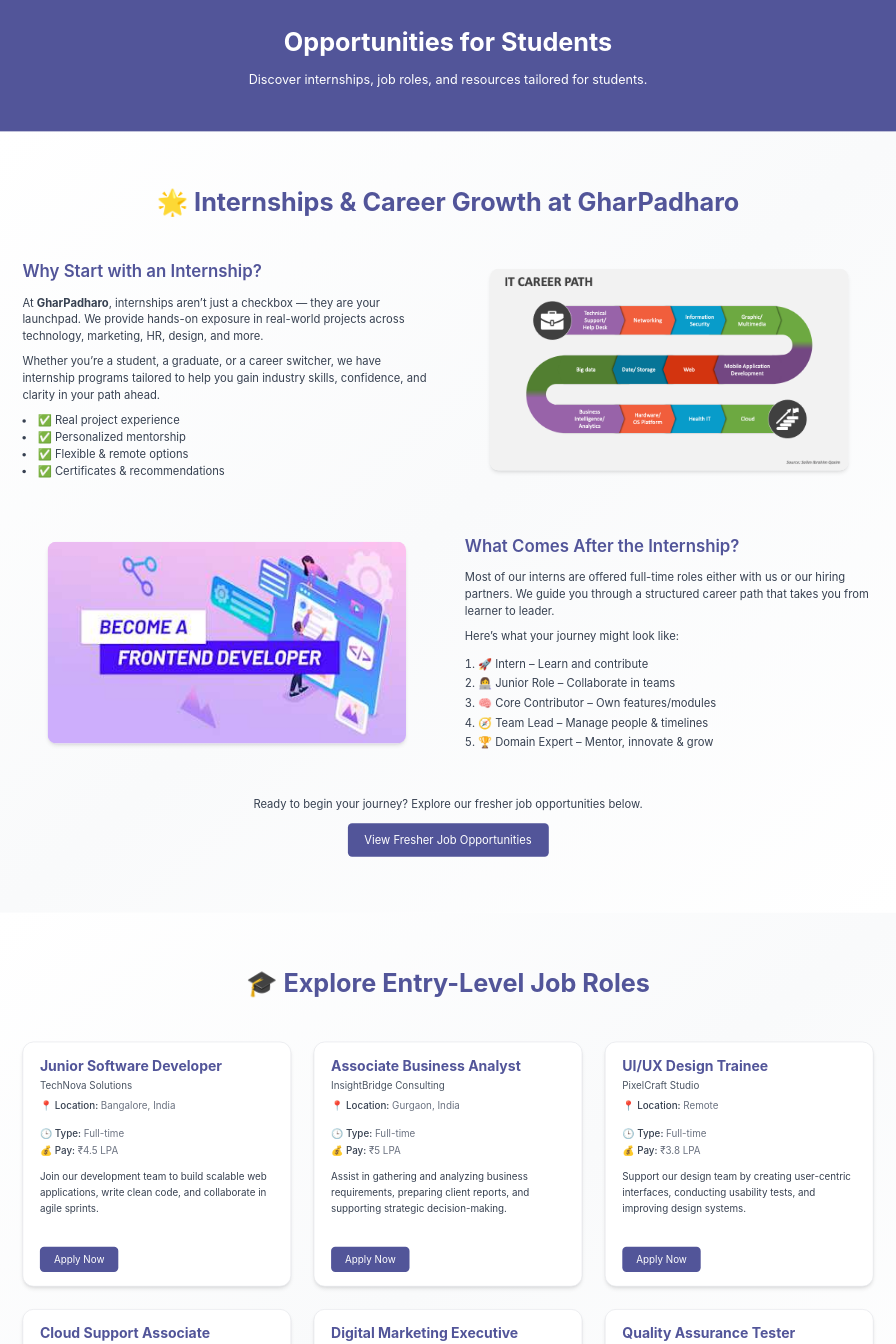
Repository: Siddharthkothiyal/GharPadhaaroCareerWebsite
Page: /#/students
The author's editor kept a copy of each file at every save. The page is drawn from the files as they stood at one save, then again after the next save.
The browser window is 1280 px wide. The pictures show the part of the page from y = 0 to 1920 px (the page is 6870 px tall before and 7099 px after), at 70% of full size.
The project was rebuilt for these pictures with package versions that can differ from the ones it lists, and the page was loaded fresh each time. Also part of the build but not shown: src/components/CareerPortal/JobListing/JobListings.css, src/components/CareerPortal/JobListing/JobListings.js, src/components/CareerPortal/Header.css, src/components/CareerPortal/ResumeUpload.css, src/components/CareerPortal/ResumeUpload.js, src/components/CareerPortal/Header.js, src/components/CareerPortal/JobListing/JobSearch.css, src/components/CareerPortal/JobListing/JobSearch.js and 10 more.

Above is the page before, as saved 2025-06-22 10:47:35.

### public/index.html
<!DOCTYPE html>
<html lang="en">

<head>
  <meta charset="utf-8" />
  <link rel="icon" href="%PUBLIC_URL%/favicon.ico" />
  <meta name="viewport" content="width=device-width, initial-scale=1" />
  <meta name="theme-color" content="#000000" />
  <meta name="description" content="GharPadharo - Find your perfect stay" />

  <!-- Font Awesome CDN (latest) -->
  <link rel="stylesheet" href="https://cdnjs.cloudflare.com/ajax/libs/font-awesome/6.5.2/css/all.min.css"
    integrity="sha512-SnH5WK+bZxgPHs44uWIX+LLJAJ9/2PkPKZ5QiAj6Ta86w+fsb2TkcmfRyVX3pBnMFcV7oQPJkl9QevSCWr3W6A=="
    crossorigin="anonymous" referrerpolicy="no-referrer" />

  <link rel="apple-touch-icon" href="%PUBLIC_URL%/logo192.png" />
  <title>GharPadharo</title>
</head>

<body>
  <noscript>You need to enable JavaScript to run this app.</noscript>
  <div id="root"></div>
  <!--
      This HTML file is a template.
      If you open it directly in the browser, you will see an empty page.

      You can add webfonts, meta tags, or analytics to this file.
      The build step will place the bundled scripts into the <body> tag.

      To begin the development, run `npm start` or `yarn start`.
      To create a production bundle, use `npm run build` or `yarn build`.
    -->
</body>

</html>

### src/index.css
@tailwind base;
@tailwind components;
@tailwind utilities;

/* You can keep your custom CSS below if needed */

body {
  margin: 0;
  font-family: -apple-system, BlinkMacSystemFont, 'Segoe UI', 'Roboto', 'Oxygen',
    'Ubuntu', 'Cantarell', 'Fira Sans', 'Droid Sans', 'Helvetica Neue',
    sans-serif;
  -webkit-font-smoothing: antialiased;
  -moz-osx-font-smoothing: grayscale;
}

code {
  font-family: source-code-pro, Menlo, Monaco, Consolas, 'Courier New',
    monospace;
}

### src/components/Auth/Auth.css
/* Auth.css - Styles for Login and Signup components */

:root {
  --primary-color: #535699; /* GharPadharo blue */
  --secondary-color: #42B72A; /* GharPadharo green */
  --text-color: #1C1E21;
  --light-text: #606770;
  --error-color: #FA383E;
  --border-color: #DADDE1;
  --background-color: #F0F2F5;
  --card-background: #FFFFFF;
  --hover-color: #E7F3FF;
  --focus-shadow: 0 0 0 2px rgba(83, 86, 153, 0.2);
}

/* Auth Container */
.auth-container {
  display: flex;
  justify-content: center;
  align-items: center;
  min-height: 100vh;
  background-color: var(--background-color);
  padding: 20px;
}

/* Auth Card */
.auth-card {
  background-color: var(--card-background);
  border-radius: 8px;
  box-shadow: 0 2px 4px rgba(0, 0, 0, 0.1), 0 8px 16px rgba(0, 0, 0, 0.1);
  width: 100%;
  max-width: 400px;
  padding: 20px;
}

/* Auth Header */
.auth-header {
  text-align: center;
  margin-bottom: 20px;
}

.auth-logo {
  width: 40px;
  height: 40px;
  margin-bottom: 10px;
}

.auth-header h2 {
  font-size: 24px;
  font-weight: 600;
  color: var(--text-color);
  margin: 0;
}

.gharpadharo-logo{
  width: 60px;
  height: 60px;
}

/* Auth Form */
.auth-form {
  display: flex;
  flex-direction: column;
  gap: 16px;
}

.form-group {
  display: flex;
  flex-direction: column;
}

.form-group label {
  font-size: 14px;
  font-weight: 500;
  margin-bottom: 6px;
  color: var(--text-color);
}

.form-group input {
  padding: 12px 14px;
  border: 1px solid var(--border-color);
  border-radius: 6px;
  font-size: 16px;
  transition: border-color 0.2s, box-shadow 0.2s;
}

.form-group input:focus {
  outline: none;
  border-color: #535699;
  box-shadow: var(--focus-shadow);
}

.form-group input.error {
  border-color: var(--error-color);
}

.error-message {
  color: var(--error-color);
  font-size: 12px;
  margin-top: 4px;
}

/* Terms and Privacy */
.terms-privacy {
  font-size: 12px;
  color: 535699;
  margin-bottom: 10px;
  text-align: center;
}

.terms-privacy a {
  color: 535699;
  text-decoration: none;
}

.terms-privacy a:hover {
  text-decoration: underline;
}

/* Auth Button */
.auth-button {
  background-color: #535699;
  color: white;
  border: none;
  border-radius: 6px;
  padding: 12px;
  font-size: 16px;
  font-weight: 600;
  cursor: pointer;
  transition: background-color 0.2s;
  margin-top: 10px;
}

.auth-button:hover {
  background-color: #535699;
}

/* Auth Footer */
.auth-footer {
  margin-top: 20px;
  text-align: center;
}

.forgot-password {
  color: #535699;
  text-decoration: none;
  font-size: 14px;
  display: block;
  margin-bottom: 16px;
}

.forgot-password:hover {
  text-decoration: underline;
}

.auth-redirect {
  font-size: 14px;
  color: var(--light-text);
  margin: 0;
}

.auth-redirect a {
  color: #535699;
  text-decoration: none;
  font-weight: 500;
}

.auth-redirect a:hover {
  text-decoration: underline;
}

/* Responsive adjustments */
@media (max-width: 480px) {
  .auth-card {
    padding: 16px;
  }

  .auth-header h2 {
    font-size: 20px;
  }

  .form-group input {
    padding: 10px 12px;
    font-size: 14px;
  }

  .auth-button {
    padding: 10px;
    font-size: 14px;
  }
}

### src/components/CareerPortal/StudentsPage/sections/Internships.js
import React from 'react';

const Internships = () => {
  const handleScrollToJobs = () => {
    const section = document.getElementById('fresher-jobs');
    if (section) {
      section.scrollIntoView({ behavior: 'smooth' });
    }
  };

  return (
    <section
      id="internships"
      className="py-20 px-4 sm:px-6 lg:px-8 bg-gradient-to-br from-white via-gray-50 to-white"
    >
      <div className="max-w-7xl mx-auto">
        <h2 className="text-4xl font-bold text-center text-[#525599] mb-16">
          🌟 Internships & Career Growth at GharPadharo
        </h2>

        {/* Row 1: Image right, content left */}
        <div className="flex flex-col lg:flex-row items-center gap-12 mb-20">
          <div className="lg:w-1/2">
            <h3 className="text-2xl font-semibold text-[#525599] mb-4">Why Start with an Internship?</h3>
            <p className="text-gray-700 mb-3">
              At <strong>GharPadharo</strong>, internships aren’t just a checkbox — they are your launchpad.
              We provide hands-on exposure in real-world projects across technology, marketing, HR, design, and more.
            </p>
            <p className="text-gray-700 mb-3">
              Whether you’re a student, a graduate, or a career switcher, we have internship programs tailored to help you
              gain industry skills, confidence, and clarity in your path ahead.
            </p>
            <ul className="text-left text-gray-700 list-disc list-inside">
              <li>✅ Real project experience</li>
              <li>✅ Personalized mentorship</li>
              <li>✅ Flexible & remote options</li>
              <li>✅ Certificates & recommendations</li>
            </ul>
          </div>
          <div className="lg:w-1/2">
          <img
              src="/career_path2.png"
              alt="Career Path 2"
              className="rounded-xl shadow-md w-full max-w-lg mx-auto"
            />

          </div>
        </div>

        {/* Row 2: Image left, content right */}
        <div className="flex flex-col lg:flex-row-reverse items-center gap-12">
          <div className="lg:w-1/2">
            <h3 className="text-2xl font-semibold text-[#525599] mb-4">What Comes After the Internship?</h3>
            <p className="text-gray-700 mb-3">
              Most of our interns are offered full-time roles either with us or our hiring partners. We guide you
              through a structured career path that takes you from learner to leader.
            </p>
            <p className="text-gray-700 mb-4">
              Here’s what your journey might look like:
            </p>
            <ol className="list-decimal list-inside text-left text-gray-700 space-y-1">
              <li>🚀 Intern – Learn and contribute</li>
              <li>👩‍💻 Junior Role – Collaborate in teams</li>
              <li>🧠 Core Contributor – Own features/modules</li>
              <li>🧭 Team Lead – Manage people & timelines</li>
              <li>🏆 Domain Expert – Mentor, innovate & grow</li>
            </ol>
          </div>
          <div className="lg:w-1/2">
            <img
              src="/career_path1.jpg"
              alt="Career Path 1"
              className="rounded-xl shadow-md w-full max-w-lg mx-auto"
            />
          </div>
        </div>

        {/* CTA Button */}
        <div className="text-center mt-16">
          <p className="text-gray-700 mb-4">
            Ready to begin your journey? Explore our fresher job opportunities below.
          </p>
          <button
            onClick={handleScrollToJobs}
            className="px-6 py-3 bg-[#525599] text-white rounded-md hover:bg-[#41447d] transition-colors"
          >
            View Fresher Job Opportunities
          </button>
        </div>
      </div>
    </section>
  );
};

export default Internships;

Loaded but not shown: src/index.js (common file); src/reportWebVitals.js (common file); src/App.css (common file); tailwind.config.js (common file); src/components/CareerPortal/StudentsPage/sections/Scholarships.js (91 lines, source omitted); src/components/CareerPortal/StudentsPage/sections/FreshersJob.js (115 lines, source omitted); src/components/CareerPortal/StudentsPage/sections/Resources.js (81 lines, source omitted); src/components/CareerPortal/StudentsPage/sections/FAQs.js (89 lines, source omitted); src/components/CareerPortal/StudentsPage/sections/Mentorship.js (79 lines, source omitted); src/components/CareerPortal/StudentsPage/sections/Webinars.js (69 lines, source omitted); src/components/CareerPortal/StudentsPage/sections/Hackathons.js (63 lines, source omitted); src/components/CareerPortal/StudentsPage/sections/EarlyCareers.js (77 lines, source omitted); src/components/CareerPortal/StudentsPage/StudentsPage.js (70 lines, source omitted); src/App.js (49 lines, source omitted); src/components/LandingPage/LandingPage.css (411 lines, source omitted); src/components/CareerPortal/CareerPortal.css (196 lines, source omitted)

After the next save:
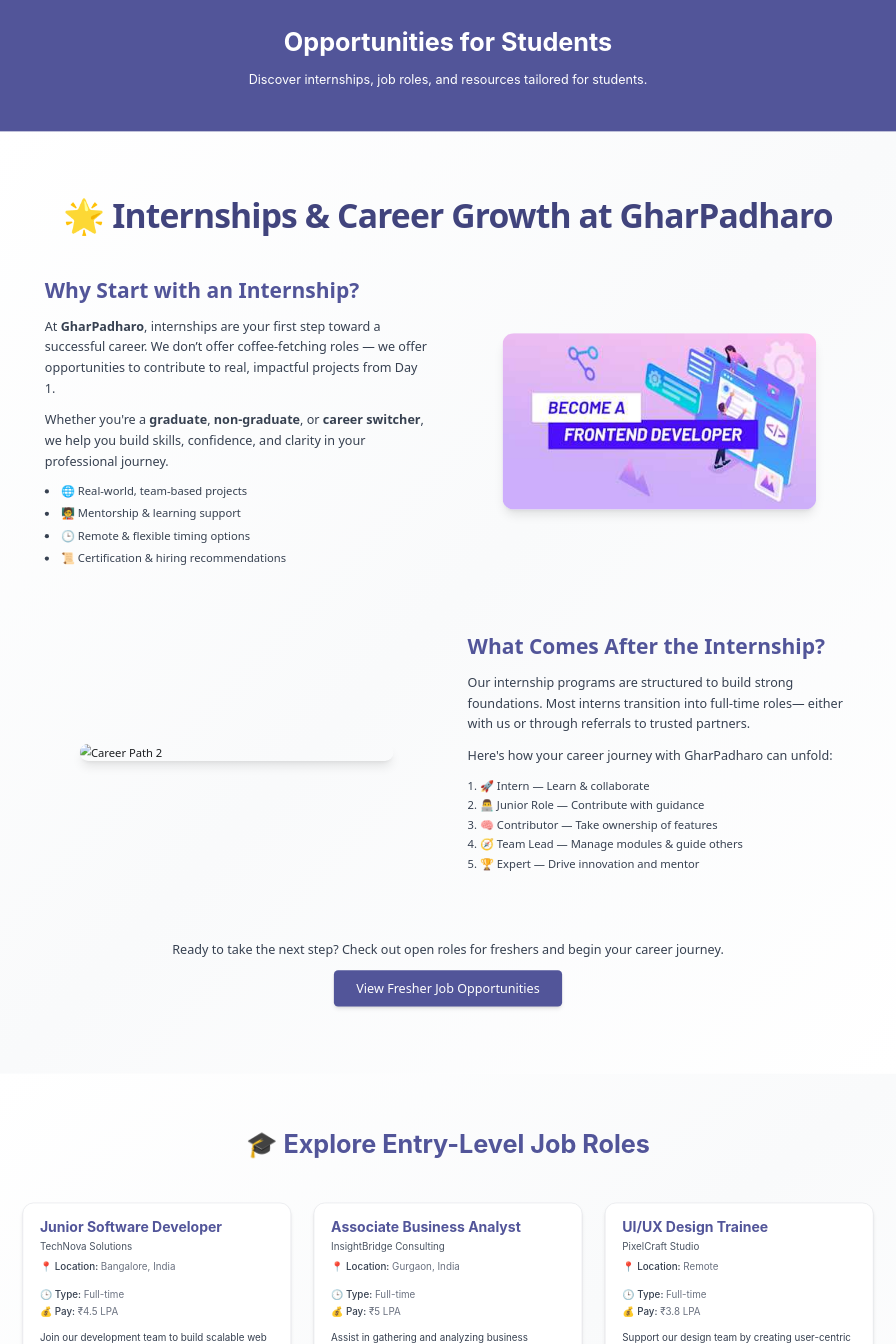
Not found: career_path2.jpg
Saved 83 s later.
--- a/src/components/CareerPortal/StudentsPage/sections/Internships.js
+++ b/src/components/CareerPortal/StudentsPage/sections/Internships.js
@@ -11,78 +11,84 @@
   return (
     <section
       id="internships"
-      className="py-20 px-4 sm:px-6 lg:px-8 bg-gradient-to-br from-white via-gray-50 to-white"
+      className="py-24 px-6 sm:px-10 lg:px-16 bg-gradient-to-br from-white via-gray-50 to-white font-sans"
     >
       <div className="max-w-7xl mx-auto">
-        <h2 className="text-4xl font-bold text-center text-[#525599] mb-16">
+        {/* Header */}
+        <h2 className="text-4xl sm:text-5xl font-extrabold text-center text-[#41447d] mb-16 tracking-tight">
           🌟 Internships & Career Growth at GharPadharo
         </h2>
 
-        {/* Row 1: Image right, content left */}
-        <div className="flex flex-col lg:flex-row items-center gap-12 mb-20">
-          <div className="lg:w-1/2">
-            <h3 className="text-2xl font-semibold text-[#525599] mb-4">Why Start with an Internship?</h3>
-            <p className="text-gray-700 mb-3">
-              At <strong>GharPadharo</strong>, internships aren’t just a checkbox — they are your launchpad.
-              We provide hands-on exposure in real-world projects across technology, marketing, HR, design, and more.
+        {/* Row 1 */}
+        <div className="flex flex-col lg:flex-row items-center gap-14 mb-24">
+          <div className="lg:w-1/2 text-left">
+            <h3 className="text-2xl sm:text-3xl font-semibold text-[#525599] mb-5">
+              Why Start with an Internship?
+            </h3>
+            <p className="text-gray-700 text-lg leading-relaxed mb-4">
+              At <strong>GharPadharo</strong>, internships are your first step toward a successful career. We don’t offer coffee-fetching roles —
+              we offer opportunities to contribute to real, impactful projects from Day 1.
             </p>
-            <p className="text-gray-700 mb-3">
-              Whether you’re a student, a graduate, or a career switcher, we have internship programs tailored to help you
-              gain industry skills, confidence, and clarity in your path ahead.
+            <p className="text-gray-700 text-lg leading-relaxed mb-4">
+              Whether you're a <strong>graduate</strong>, <strong>non-graduate</strong>, or <strong>career switcher</strong>, we help you build skills, confidence,
+              and clarity in your professional journey.
             </p>
-            <ul className="text-left text-gray-700 list-disc list-inside">
-              <li>✅ Real project experience</li>
-              <li>✅ Personalized mentorship</li>
-              <li>✅ Flexible & remote options</li>
-              <li>✅ Certificates & recommendations</li>
+            <ul className="text-gray-700 text-base space-y-2 list-disc list-inside">
+              <li>🌐 Real-world, team-based projects</li>
+              <li>🧑‍🏫 Mentorship & learning support</li>
+              <li>🕒 Remote & flexible timing options</li>
+              <li>📜 Certification & hiring recommendations</li>
             </ul>
           </div>
-          <div className="lg:w-1/2">
-          <img
-              src="/career_path2.png"
-              alt="Career Path 2"
-              className="rounded-xl shadow-md w-full max-w-lg mx-auto"
-            />
 
-          </div>
-        </div>
-
-        {/* Row 2: Image left, content right */}
-        <div className="flex flex-col lg:flex-row-reverse items-center gap-12">
-          <div className="lg:w-1/2">
-            <h3 className="text-2xl font-semibold text-[#525599] mb-4">What Comes After the Internship?</h3>
-            <p className="text-gray-700 mb-3">
-              Most of our interns are offered full-time roles either with us or our hiring partners. We guide you
-              through a structured career path that takes you from learner to leader.
-            </p>
-            <p className="text-gray-700 mb-4">
-              Here’s what your journey might look like:
-            </p>
-            <ol className="list-decimal list-inside text-left text-gray-700 space-y-1">
-              <li>🚀 Intern – Learn and contribute</li>
-              <li>👩‍💻 Junior Role – Collaborate in teams</li>
-              <li>🧠 Core Contributor – Own features/modules</li>
-              <li>🧭 Team Lead – Manage people & timelines</li>
-              <li>🏆 Domain Expert – Mentor, innovate & grow</li>
-            </ol>
-          </div>
           <div className="lg:w-1/2">
             <img
               src="/career_path1.jpg"
               alt="Career Path 1"
-              className="rounded-xl shadow-md w-full max-w-lg mx-auto"
+              className="rounded-2xl shadow-lg w-full max-w-md mx-auto"
             />
           </div>
         </div>
 
-        {/* CTA Button */}
-        <div className="text-center mt-16">
-          <p className="text-gray-700 mb-4">
-            Ready to begin your journey? Explore our fresher job opportunities below.
+        {/* Row 2 */}
+        <div className="flex flex-col lg:flex-row-reverse items-center gap-14 mb-24">
+          <div className="lg:w-1/2 text-left">
+            <h3 className="text-2xl sm:text-3xl font-semibold text-[#525599] mb-5">
+              What Comes After the Internship?
+            </h3>
+            <p className="text-gray-700 text-lg leading-relaxed mb-4">
+              Our internship programs are structured to build strong foundations. Most interns transition into full-time roles—
+              either with us or through referrals to trusted partners.
+            </p>
+            <p className="text-gray-700 text-lg leading-relaxed mb-4">
+              Here's how your career journey with GharPadharo can unfold:
+            </p>
+            <ol className="text-gray-700 text-base list-decimal list-inside space-y-1">
+              <li>🚀 Intern — Learn & collaborate</li>
+              <li>👨‍💻 Junior Role — Contribute with guidance</li>
+              <li>🧠 Contributor — Take ownership of features</li>
+              <li>🧭 Team Lead — Manage modules & guide others</li>
+              <li>🏆 Expert — Drive innovation and mentor</li>
+            </ol>
+          </div>
+
+          <div className="lg:w-1/2">
+            <img
+              src="/career_path2.jpg"
+              alt="Career Path 2"
+              className="rounded-2xl shadow-lg w-full max-w-md mx-auto"
+            />
+          </div>
+        </div>
+
+        {/* CTA */}
+        <div className="text-center mt-12">
+          <p className="text-gray-700 text-lg mb-4">
+            Ready to take the next step? Check out open roles for freshers and begin your career journey.
           </p>
           <button
             onClick={handleScrollToJobs}
-            className="px-6 py-3 bg-[#525599] text-white rounded-md hover:bg-[#41447d] transition-colors"
+            className="inline-block px-8 py-3 bg-[#525599] text-white font-medium text-lg rounded-md hover:bg-[#41447d] transition-all shadow-md"
           >
             View Fresher Job Opportunities
           </button>

After the save that followed:
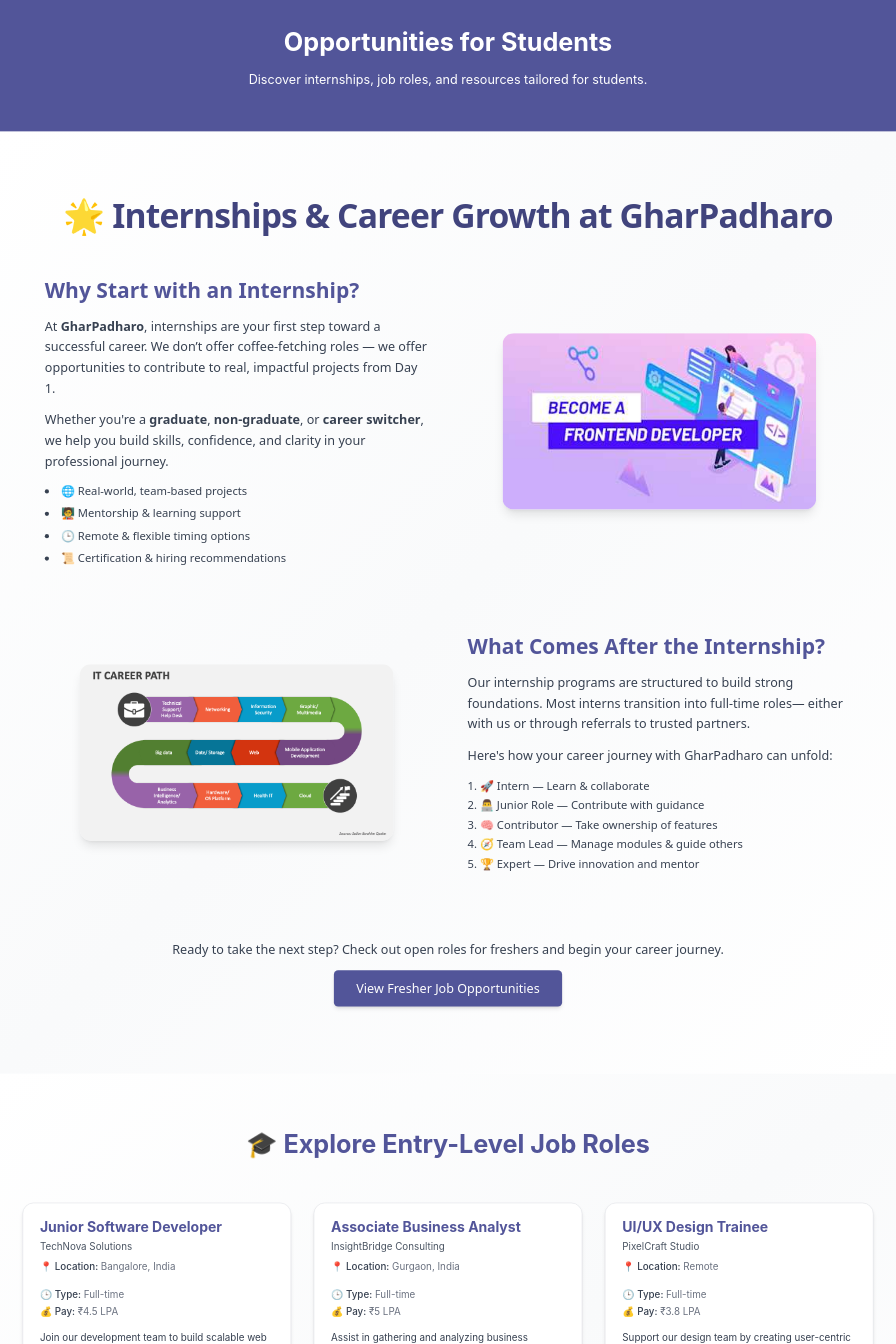
Saved 51 s later.
--- a/src/components/CareerPortal/StudentsPage/sections/Internships.js
+++ b/src/components/CareerPortal/StudentsPage/sections/Internships.js
@@ -74,7 +74,7 @@
 
           <div className="lg:w-1/2">
             <img
-              src="/career_path2.jpg"
+              src="/career_path2.png"
               alt="Career Path 2"
               className="rounded-2xl shadow-lg w-full max-w-md mx-auto"
             />
